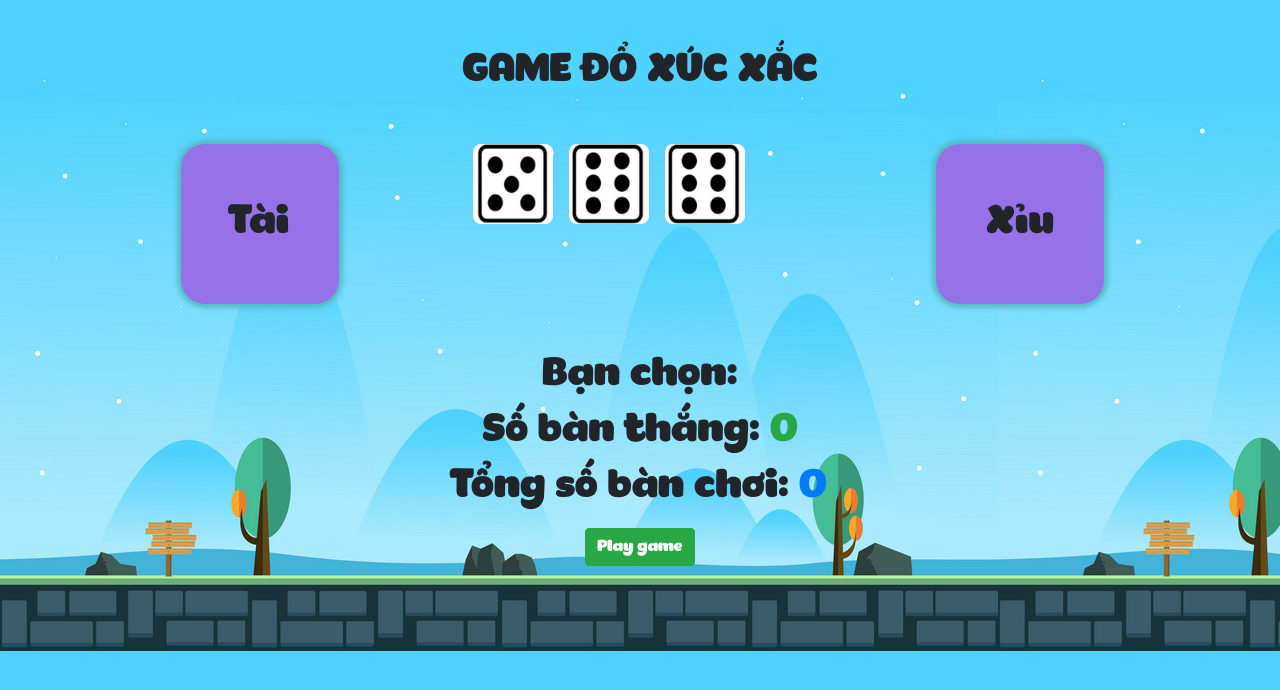
Repository: dovanthao2404/game-xuc-sac
Page: /
The author's editor kept a copy of each file at every save. The page is drawn from the files as they stood at one save, then again after the next save.
The browser window is 1280 px wide. The pictures show the whole page.
The project was rebuilt for these pictures with package versions that can differ from the ones it lists, and the page was loaded fresh each time.

Above is the page before, as saved 2021-09-11 15:35:32.

### public/index.html
<!DOCTYPE html>
<html lang="en">

<head>
  <meta charset="utf-8" />
  <link rel="icon" href="%PUBLIC_URL%/favicon.ico" />
  <meta name="viewport" content="width=device-width, initial-scale=1" />
  <meta name="theme-color" content="#000000" />
  <meta name="description" content="Web site created using create-react-app" />
  <link rel="apple-touch-icon" href="%PUBLIC_URL%/logo192.png" />
  <link rel="manifest" href="%PUBLIC_URL%/manifest.json" />
  <title>React App</title>
  <link rel="stylesheet" href="https://cdn.jsdelivr.net/npm/bootstrap@4.6.0/dist/css/bootstrap.min.css"
    integrity="sha384-B0vP5xmATw1+K9KRQjQERJvTumQW0nPEzvF6L/Z6nronJ3oUOFUFpCjEUQouq2+l" crossorigin="anonymous">
  <link rel="stylesheet" href="%PUBLIC_URL%/css/style.css">
</head>

<body>
  <noscript>You need to enable JavaScript to run this app.</noscript>
  <div id="root"></div>
</body>

</html>

### src/index.js
import React from 'react';
import ReactDOM from 'react-dom';
import './index.css';
import App from './App';
import reportWebVitals from './reportWebVitals';
import { createStore } from "redux"
import { Provider } from 'react-redux';
import { rootReducer } from './redux/reducer';
const store = createStore(rootReducer)
ReactDOM.render(
  <Provider store={store}>
    <App />
  </Provider>,
  document.getElementById('root')
);

// If you want to start measuring performance in your app, pass a function
// to log results (for example: reportWebVitals(console.log))
// or send to an analytics endpoint. Learn more: https://bit.ly/CRA-vitals
reportWebVitals();

### src/index.css
body {
  margin: 0;
  padding: 0;
  box-sizing: border-box;
  font-family: -apple-system, BlinkMacSystemFont, 'Segoe UI', 'Roboto', 'Oxygen',
    'Ubuntu', 'Cantarell', 'Fira Sans', 'Droid Sans', 'Helvetica Neue',
    sans-serif;
  -webkit-font-smoothing: antialiased;
  -moz-osx-font-smoothing: grayscale;
}

code {
  font-family: source-code-pro, Menlo, Monaco, Consolas, 'Courier New',
    monospace;
}

### src/App.js
import DoiXiNgau from "./Components";



function App() {
  return (
    <>
      <DoiXiNgau></DoiXiNgau>
    </>
  );
}

export default App;

### src/redux/reducer/index.js
import { combineReducers, } from "redux";
import { gameReducer } from "./game"
export const rootReducer = combineReducers({
  game: gameReducer
})

### src/Components/index.js
import React, { Component } from 'react'
import { connect } from 'react-redux'
import * as ActionGame from "./../redux/actions"
import XucSuc from './XucSuc'
class DoiXiNgau extends Component {

  handleChoseType = (e) => {
    const value = e.target.getAttribute("data-value")
    this.props.chooseType(value)
  }

  handlePlayGame = () => {
    const { totalGamePlay, type } = this.props.game
    const typeWhilePlay = totalGamePlay >= 4 && totalGamePlay <= 10 ? "Xỉu" : "Tài"
    if (typeWhilePlay === type) {
      this.props.updateWin()
    }
    this.props.updateTotalGame()
    this.props.updateWhilePlay(0);
  }


  render() {
    return (
      <div className="main">
        <div className="container mt-5">
          <div className="title mb-5">
            <h1 className="text-center">GAME ĐỔ XÚC XẮC</h1>
          </div>
          <div>
            <div className="row justify-content-between">
              <div className="col-4">
                <div className="type d-flex justify-content-center align-items-center">
                  <span data-value="Tài" onClick={this.handleChoseType}>Tài</span>
                </div>
              </div>
              <div className="col-4">
                <div className="d-flex">
                  <XucSuc />
                </div>
              </div>
              <div className="col-4">
                <div className="type d-flex justify-content-center align-items-center">
                  <span data-value="Xỉu" onClick={this.handleChoseType}>Xỉu</span>
                </div>
              </div>
            </div>
          </div>

          <div className="result text-center mt-5">
            <h1>Bạn chọn: <span className="text-danger">{this.props.game.type}</span></h1>
            <h1>Số bàn thắng: <span className="text-success">{this.props.game.totalGameWin}</span></h1>
            <h1>Tổng số bàn chơi: <span className="text-primary">{this.props.game.totalGamePlay}</span></h1>
          </div>
          <div className="play-game text-center mt-3">
            <button className="btn btn-success" onClick={this.handlePlayGame}>Play game</button>
          </div>
        </div>
      </div>
    )
  }
}

const mapStateToProps = (state, ownProps) => {
  return {
    game: state.game
  }
}

const mapDispatchToProps = (dispatch, ownProps) => {
  return {
    chooseType: (type) => {
      dispatch(ActionGame.chooseType(type))
    },
    updateWin: () => {
      dispatch(ActionGame.updateWin())
    },
    updateTotalGame: () => {
      dispatch(ActionGame.updateTotalGamePlay())
    },
    updateWhilePlay: (data) => {
      dispatch(ActionGame.updateTotalWhilePlay(data))
    }
  }
}
export default connect(mapStateToProps, mapDispatchToProps)(DoiXiNgau)

### src/redux/reducer/game.js
import { UPDATE_TYPE, UPDATE_TOTAL_WIN, UPDATE_TOTAL_GAME_PLAY, UPDATE_TOTAL_WHILE_PLAY } from "./../constants"

const game = {
  type: '',
  totalGameWin: 0,
  totalGamePlay: 0,
  totalWhilePlay: 0
}

export const gameReducer = (state = game, action) => {
  switch (action.type) {
    case UPDATE_TYPE:
      state.type = action.payload
      return { ...state }
    case UPDATE_TOTAL_WIN:
      state.totalGameWin++;
      return { ...state }
    case UPDATE_TOTAL_GAME_PLAY:
      state.totalGamePlay++;
      return { ...state }
    case UPDATE_TOTAL_WHILE_PLAY:
      state.totalWhilePlay = action.payload
      return { ...state }
    default:
      return { ...state }
  }
}

### src/redux/actions/index.js
import { UPDATE_TYPE, UPDATE_TOTAL_WIN, UPDATE_TOTAL_GAME_PLAY, UPDATE_TOTAL_WHILE_PLAY } from "./../constants"
const chooseType = (type) => {
  return {
    type: UPDATE_TYPE,
    payload: type
  }
}

const updateWin = () => {
  return {
    type: UPDATE_TOTAL_WIN,
  }
}


const updateTotalGamePlay = () => {
  return {
    type: UPDATE_TOTAL_GAME_PLAY,
  }
}

const updateTotalWhilePlay = (data) => {
  return {
    type: UPDATE_TOTAL_WHILE_PLAY,
    payload: data
  }
}
export { chooseType, updateWin, updateTotalGamePlay, updateTotalWhilePlay }

### src/Components/XucSuc.js
import React, { PureComponent } from 'react'

export default class XucSuc extends PureComponent {


  handleRenderXucXac = () => {
    const xucXac = []
    let count = 0
    for (let i = 0; i < 3; i++) {
      const random = Math.ceil(Math.random() * 6)
      count += random;
      xucXac.push(<img key={i} src={"./images/" + random + ".png"} alt="" />)
    }
    this.props.updateWhilePlay(count);
    this.setState({ isPlay: false })
    return xucXac;
  }

  renderFirst = () => {
    const xucXac = []
    for (let i = 0; i < 3; i++) {
      const random = Math.ceil(Math.random() * 6)
      xucXac.push(<img key={i} src={"./images/" + random + ".png"} alt="" />)
    }
    return xucXac;
  }
  render() {
    return (
      <>
        {this.renderFirst()}
      </>
    )
  }
}

### src/redux/constants/index.js
const UPDATE_TYPE = "game/UPDATE_TYPE";
const UPDATE_TOTAL_WIN = "game/UPDATE_TOTAL_WIN";
const UPDATE_TOTAL_GAME_PLAY = "game/UPDATE_TOTAL_GAME_PLAY";
const UPDATE_TOTAL_WHILE_PLAY = "game/UPDATE_TOTAL_WHILE_PLAY";
export { UPDATE_TYPE, UPDATE_TOTAL_WIN, UPDATE_TOTAL_GAME_PLAY, UPDATE_TOTAL_WHILE_PLAY }

### public/css/style.css
@font-face {
  font-family:  "fontGame";
  src: url(./../images/Pony.ttf);
}
body {
  font-family: "fontGame"!important;
}
.main {
  background-image: url(./../images/bgGame.png);
  top: 0;
  left:0;
  right: 0;
  bottom: 0;
  display: block;
  position: absolute;
  z-index: -10;
}

.type span{
  display: block;
  padding: 50px;
  border-radius: 24px;
  font-size: 40px;
  background: rgb(149, 114, 231);
  cursor: pointer;
  box-shadow: 0 0 4px 4px rgba(78, 182, 185, 0.8);
}

img {
  margin: 0 8px;
  width: 80px;
  border-radius: 8px ;
}

### src/Components/InfoGame.js
import React, { Component } from 'react'

export default class InfoGame extends Component {
  render() {
    return (
      <div>

      </div>
    )
  }
}

Loaded but not shown: src/reportWebVitals.js (common file)

After the next save:
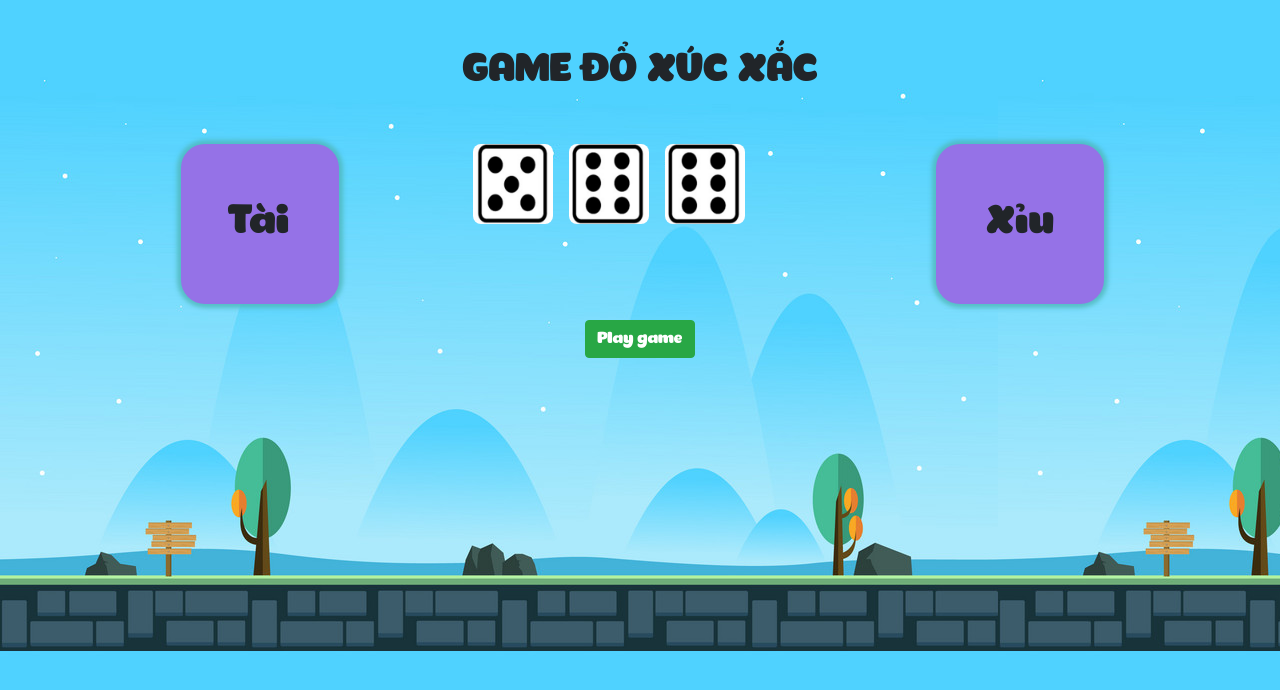
Saved 10 s later.
--- a/src/Components/index.js
+++ b/src/Components/index.js
@@ -47,11 +47,7 @@
             </div>
           </div>
 
-          <div className="result text-center mt-5">
-            <h1>Bạn chọn: <span className="text-danger">{this.props.game.type}</span></h1>
-            <h1>Số bàn thắng: <span className="text-success">{this.props.game.totalGameWin}</span></h1>
-            <h1>Tổng số bàn chơi: <span className="text-primary">{this.props.game.totalGamePlay}</span></h1>
-          </div>
+
           <div className="play-game text-center mt-3">
             <button className="btn btn-success" onClick={this.handlePlayGame}>Play game</button>
           </div>

After the 6 saves that followed:
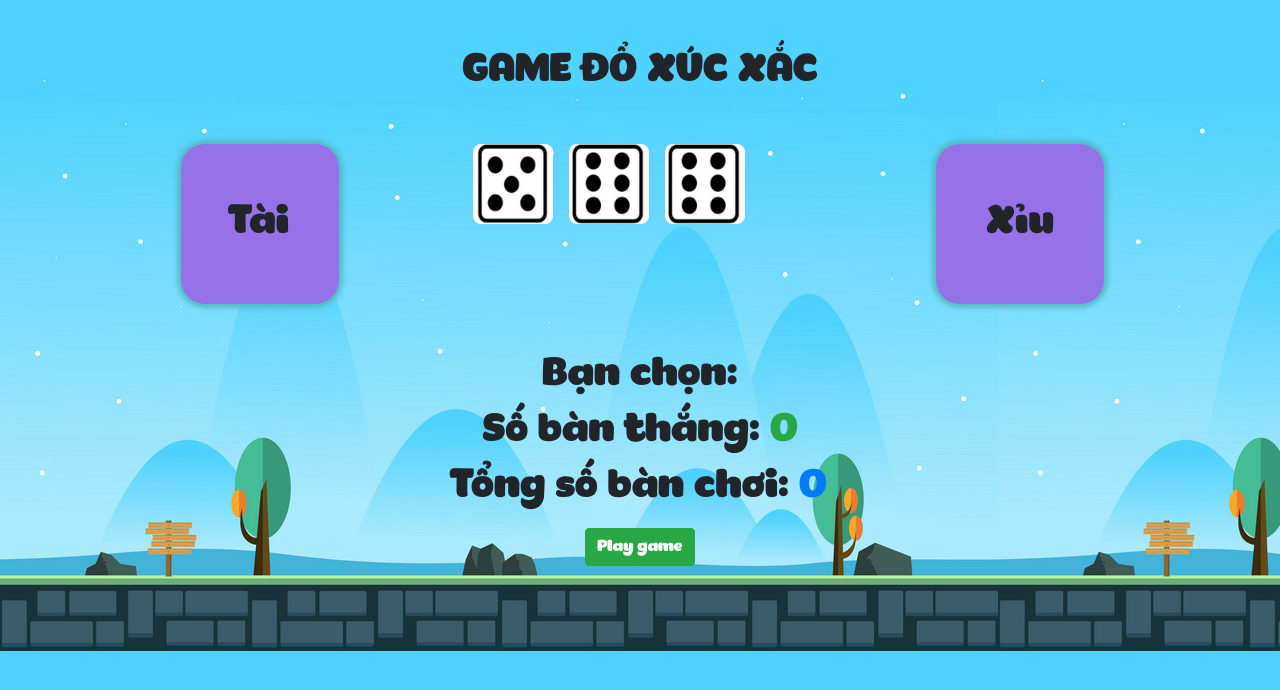
The 6 saves are shown as one change because 3 did not build or start and 1 left the picture as it was and some came seconds apart.
The last was saved 70 s later.
--- a/src/Components/index.js
+++ b/src/Components/index.js
@@ -1,6 +1,7 @@
 import React, { Component } from 'react'
 import { connect } from 'react-redux'
 import * as ActionGame from "./../redux/actions"
+import InfoGame from './InfoGame'
 import XucSuc from './XucSuc'
 class DoiXiNgau extends Component {
 
@@ -47,7 +48,7 @@
             </div>
           </div>
 
-
+          <InfoGame />
           <div className="play-game text-center mt-3">
             <button className="btn btn-success" onClick={this.handlePlayGame}>Play game</button>
           </div>
--- a/src/Components/InfoGame.js
+++ b/src/Components/InfoGame.js
@@ -1,11 +1,20 @@
 import React, { Component } from 'react'
+import { connect } from 'react-redux'
 
-export default class InfoGame extends Component {
+class InfoGame extends Component {
   render() {
     return (
-      <div>
-
+      <div className="result text-center mt-5">
+        <h1>Bạn chọn: <span className="text-danger">{this.props.game.type}</span></h1>
+        <h1>Số bàn thắng: <span className="text-success">{this.props.game.totalGameWin}</span></h1>
+        <h1>Tổng số bàn chơi: <span className="text-primary">{this.props.game.totalGamePlay}</span></h1>
       </div>
     )
   }
 }
+const mapStateToProps = (state, ownProps) => {
+  return {
+    game: state.game
+  }
+}
+export default connect(mapStateToProps)(InfoGame)
